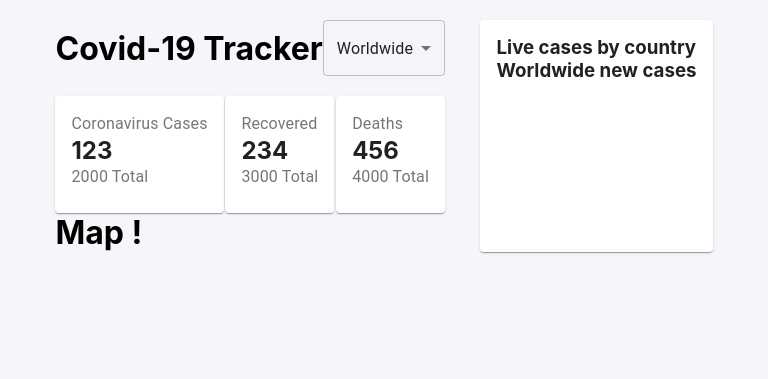
Repository: aashajo/covid-tracker-app-react
Page: /
The author's editor kept a copy of each file at every save. The page is drawn from the files as they stood at one save, then again after the next save.
The browser window is 768 px wide. The pictures show the whole page.
The page's requests for data from a server got no answer. The project was rebuilt for these pictures with package versions that can differ from the ones it lists, and the page was loaded fresh each time. No one was signed in, and anything a server would have sent is missing.

Above is the page before, as saved 2020-08-25 22:47:58.

After the next save:
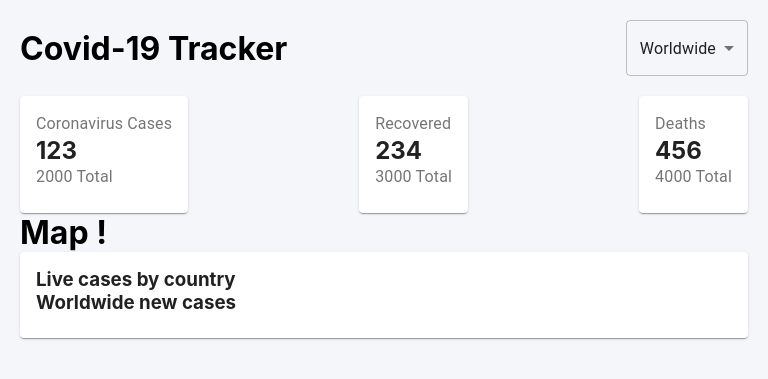
Saved 3 min 5 s later.
--- a/src/App.css
+++ b/src/App.css
@@ -23,3 +23,9 @@ body {
   display: flex;
   justify-content: space-between;
 }
+
+@media (max-width: 990px) {
+  .app {
+    flex-direction: column;
+  }
+}
